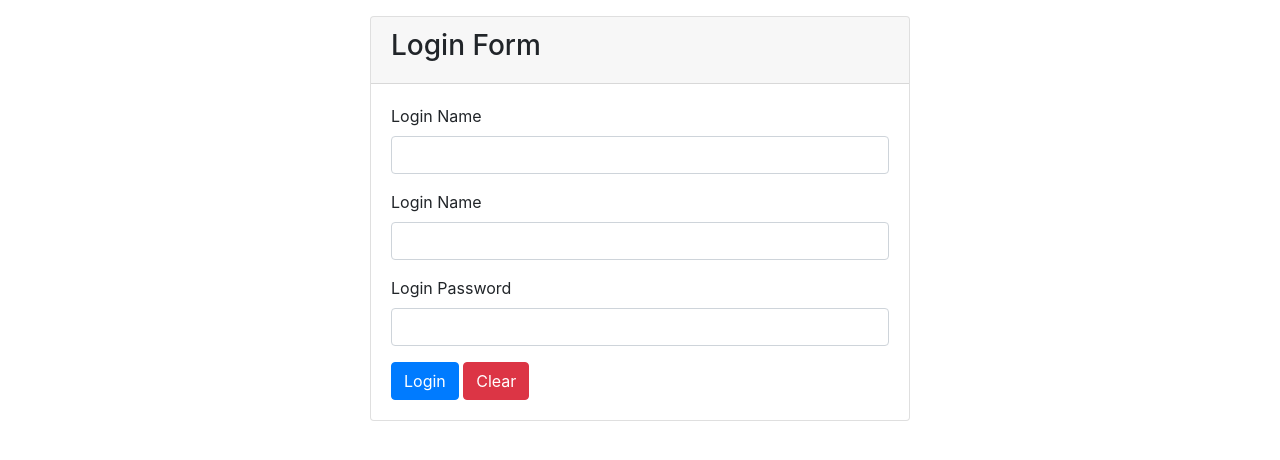
Repository: pyaephyotint22/Maven-Student-Course
Page: http://localhost/02-helloo-servlet/
The author's editor kept a copy of each file at every save. The page is drawn from the files as they stood at one save, then again after the next save.
The browser window is 1280 px wide. The pictures show the whole page.
The page is served by Tomcat 9.

Above is the page before, as saved 2020-12-15 11:20:27.

After the next save:
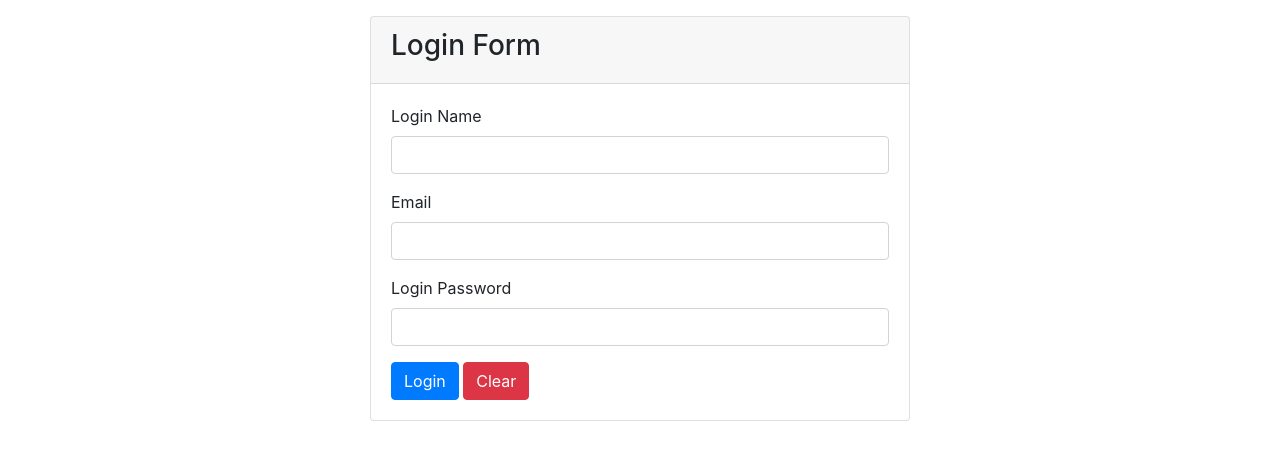
Saved 14 s later.
--- a/02-helloo-servlet/src/main/webapp/index.jsp
+++ b/02-helloo-servlet/src/main/webapp/index.jsp
@@ -25,8 +25,8 @@
 				<input type="text" name="uname" class="form-control"/>
 				</div>
 				<div class="form-group">
-				<label for="">Login Name</label>
-				<input type="text" name="uname" class="form-control"/>
+				<label for="">Email</label>
+				<input type="text" name="uemail" class="form-control"/>
 				</div>
 				<div class="form-group">
 				<label for="">Login Password</label>
